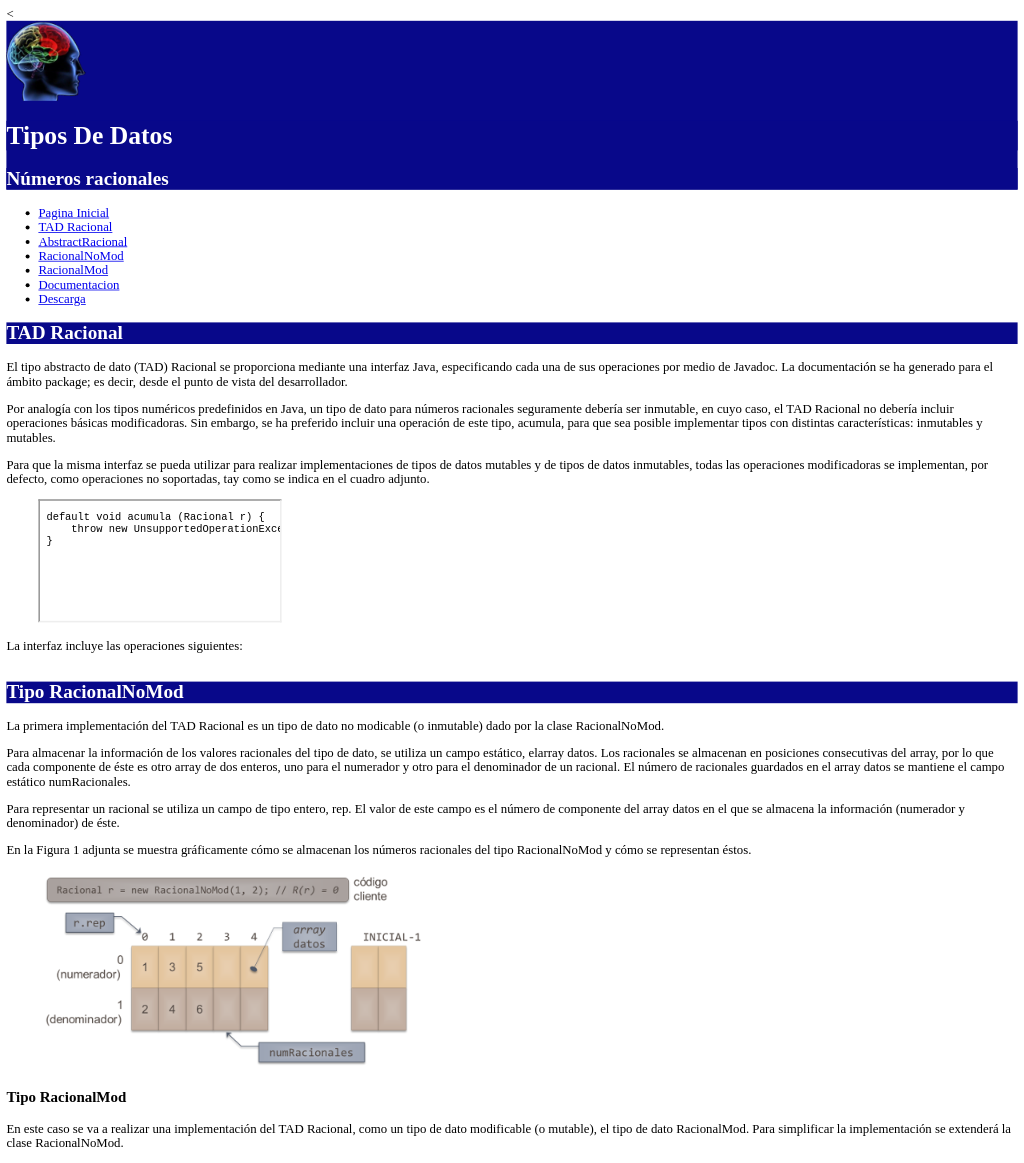
Repository: dgsama/Curso17
Page: SEW/WorkSpace/Practica02/html/index.html
An editor plug-in stored every save of this project. The page is shown before and after the next save, followed by the edit.
The browser window is 1280 px wide. The pictures show the whole page, at 80% of full size.

Above is the page before, as saved 2016-10-05 10:37:32.

### SEW/WorkSpace/Practica02/html/index.html
<!DOCTYPE html>
<html lang="es">
<head>
<meta http-equiv="Content-Type" content="text/html; charset=utf8">
<<link rel="stylesheet" type="text/css" href="css/estDatos.css">

<title>Tipo de Datos</title>
</head>
<body>
    <header>
        <img src="..\logo.png"> </img>
        <h1>Tipos De Datos</h1>
        <h2>Números racionales</h2>
    </header>

    <nav>
        <ul>
            <li><a href="index.html">Pagina Inicial</a></li>
            <li><a href="Racional.html">TAD Racional</a></li>
            <li><a href="AbstractRacional.html">AbstractRacional</a></li>
            <li><a href="RacionalNoMod.html">RacionalNoMod</a></li>
            <li><a href="RacionalMod.html">RacionalMod</a></li>
            <li><a href="Documentacion.html">Documentacion</a></li>
            <li><a href="Racionales.zip">Descarga</a></li>
        </ul>
    </nav>

    <section>
        <h1>TAD Racional</h1>
        <p>El tipo abstracto de dato (TAD) Racional se proporciona
            mediante una interfaz Java, especificando cada una de sus
            operaciones por medio de Javadoc. La documentación se ha
            generado para el ámbito package; es decir, desde el punto de
            vista del desarrollador.</p>
        <p>Por analogía con los tipos numéricos predefinidos en
            Java, un tipo de dato para números racionales seguramente
            debería ser inmutable, en cuyo caso, el TAD Racional no
            debería incluir operaciones básicas modificadoras. Sin
            embargo, se ha preferido incluir una operación de este tipo,
            acumula, para que sea posible implementar tipos con
            distintas características: inmutables y mutables.</p>
        <P>Para que la misma interfaz se pueda utilizar para
            realizar implementaciones de tipos de datos mutables y de
            tipos de datos inmutables, todas las operaciones
            modificadoras se implementan, por defecto, como operaciones
            no soportadas, tay como se indica en el cuadro adjunto.</p>

        <figure>
            <iframe src="..\noSoportado.html"> </iframe>
        </figure>

        <p>La interfaz incluye las operaciones siguientes:</p>
        <figure>
            <table>
            </table>
        </figure>

        <h2>Tipo RacionalNoMod</h2>
        <p>La primera implementación del TAD Racional es un tipo de
            dato no modicable (o inmutable) dado por la clase
            RacionalNoMod.</p>
        <p>Para almacenar la información de los valores racionales
            del tipo de dato, se utiliza un campo estático, elarray
            datos. Los racionales se almacenan en posiciones
            consecutivas del array, por lo que cada componente de éste
            es otro array de dos enteros, uno para el numerador y otro
            para el denominador de un racional. El número de racionales
            guardados en el array datos se mantiene el campo estático
            numRacionales.</p>
        <p>Para representar un racional se utiliza un campo de tipo
            entero, rep. El valor de este campo es el número de
            componente del array datos en el que se almacena la
            información (numerador y denominador) de éste.</p>
        <p>En la Figura 1 adjunta se muestra gráficamente cómo se
            almacenan los números racionales del tipo RacionalNoMod y
            cómo se representan éstos.</p>
        <figure>
            <img src="..\areaDatos.png">
        </figure>

        <h3>Tipo RacionalMod</h3>
        <p>En este caso se va a realizar una implementación del TAD
            Racional, como un tipo de dato modificable (o mutable), el
            tipo de dato RacionalMod. Para simplificar la implementación
            se extenderá la clase RacionalNoMod.</p>
    </section>


</body>

</html>

### SEW/WorkSpace/Practica02/html/css/estDatos.css
@charset "UTF-8";

#code iframe {
    width: 100%;
    height: 650px;
}

header {
    background-color: #08088A;
}

h1 {
    color: white;
    background-color: #08088A;
}

h2 {
    color: white;
    background-color: #08088A
}

### SEW/WorkSpace/Practica02/noSoportado.html
<!DOCTYPE html>
<html xmlns="http://www.w3.org/1999/xhtml" lang="es" xml:lang="es">
<head>
<meta charset="UTF-8"/>
<title>Operación no soportada</title>
</head>
<body>
    <pre><code class="source" lang="en"
    xml:lang="en">default void acumula (Racional r) {
    throw new UnsupportedOperationException();
}</code></pre>
</body>
</html>

After the next save:
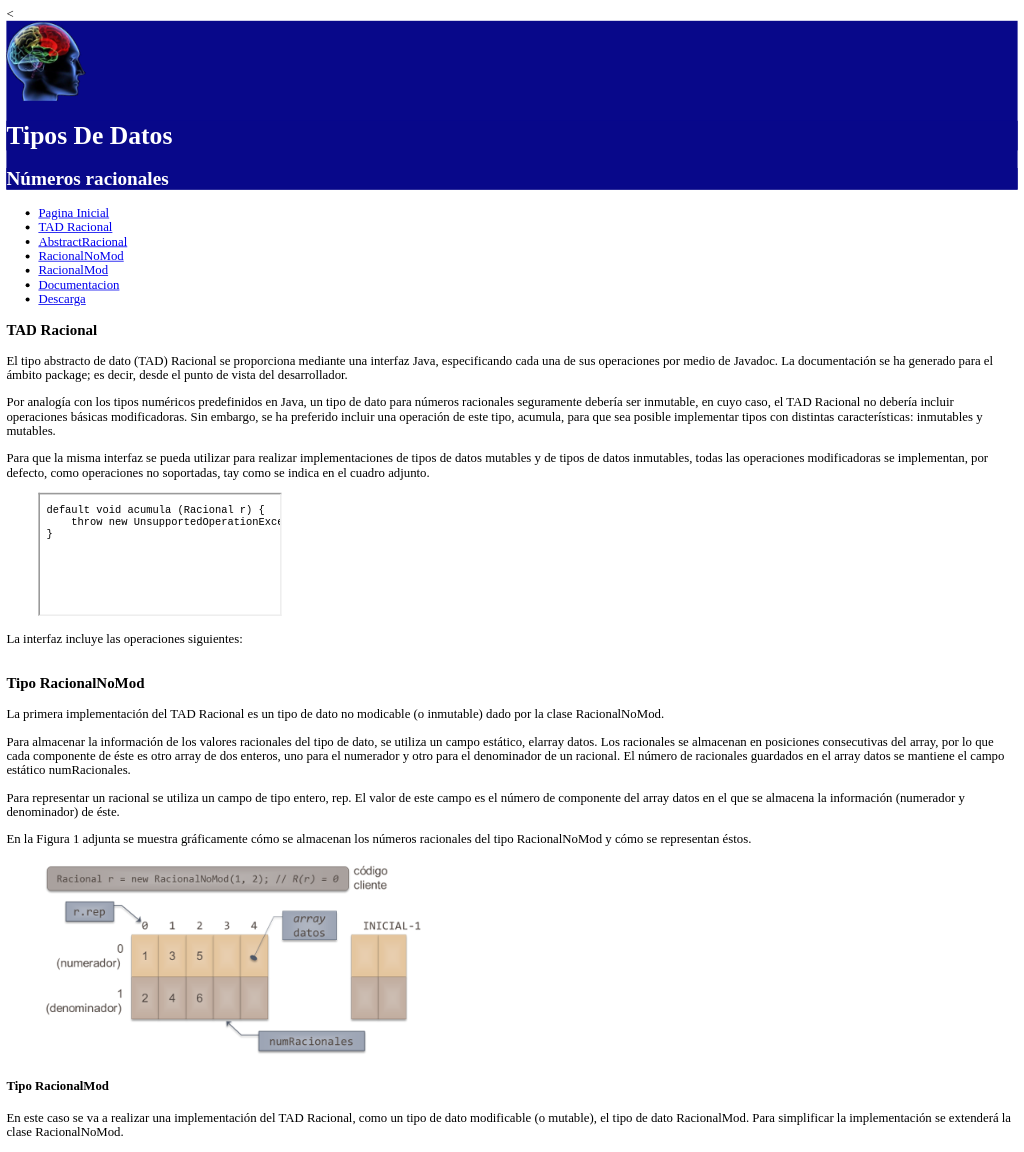
Saved 57 s later.
--- a/SEW/WorkSpace/Practica02/html/index.html
+++ b/SEW/WorkSpace/Practica02/html/index.html
@@ -26,7 +26,7 @@
     </nav>
 
     <section>
-        <h1>TAD Racional</h1>
+        <h3>TAD Racional</h3>
         <p>El tipo abstracto de dato (TAD) Racional se proporciona
             mediante una interfaz Java, especificando cada una de sus
             operaciones por medio de Javadoc. La documentación se ha
@@ -55,7 +55,7 @@
             </table>
         </figure>
 
-        <h2>Tipo RacionalNoMod</h2>
+        <h3>Tipo RacionalNoMod</h3>
         <p>La primera implementación del TAD Racional es un tipo de
             dato no modicable (o inmutable) dado por la clase
             RacionalNoMod.</p>
@@ -78,7 +78,7 @@
             <img src="..\areaDatos.png">
         </figure>
 
-        <h3>Tipo RacionalMod</h3>
+        <h4>Tipo RacionalMod</h4>
         <p>En este caso se va a realizar una implementación del TAD
             Racional, como un tipo de dato modificable (o mutable), el
             tipo de dato RacionalMod. Para simplificar la implementación
